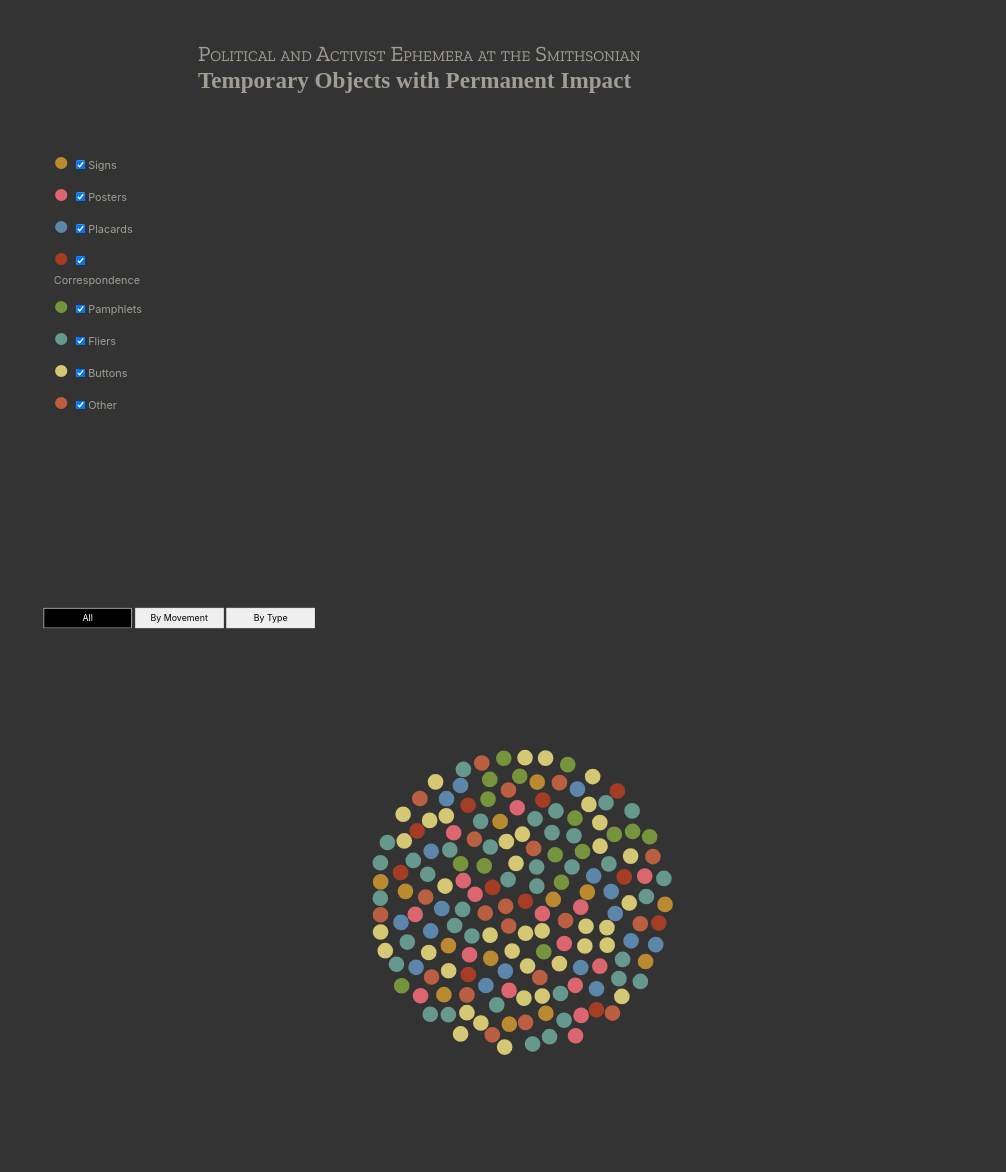
Repository: m0llyc00k/Major-studio-1
Page: Final/index.html
The author's editor kept a record of every edit. The page is drawn from the files as they stood at one moment, then again after the next edit.
The browser window is 1280 px wide. The page is 1479 px wide, so the pictures cover 1479 px, including what lies to the right of the window. The pictures show the whole page, at 68% of full size.
The page's requests for data from a server got no answer. Some web fonts or font styles are not loaded; a fallback is used.

Above is the page before.

After the next edit:
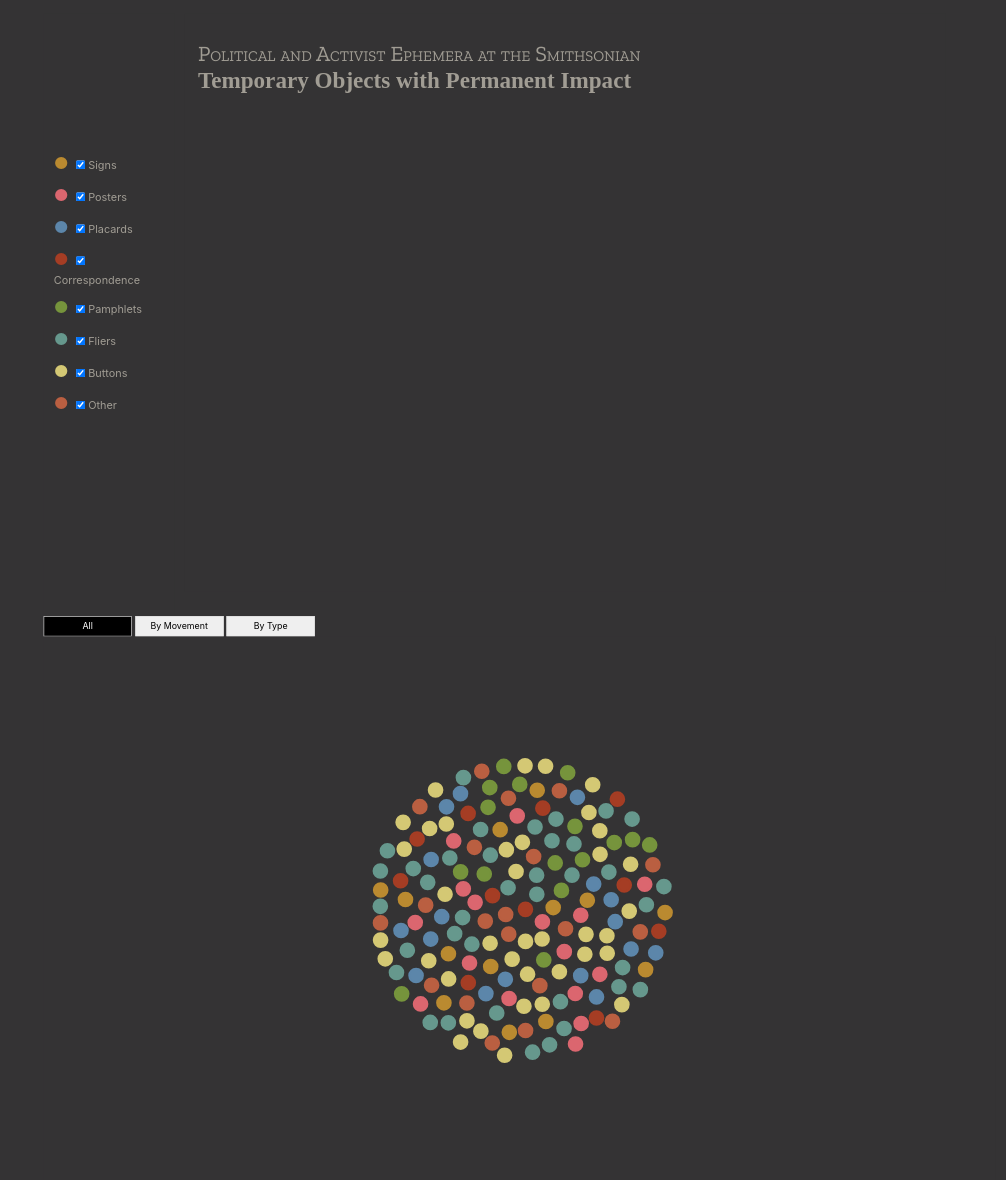
The edit:
--- a/Final/index.html
+++ b/Final/index.html
@@ -94,18 +94,9 @@
             border-radius: 2px;
             pointer-events: none;
             cursor: pointer;
-              display: inline-flex;
-              flex-direction: column;
-              justify-content: center;
-        }
-/*        .tooltip {*/
-/*  display: inline-flex;*/
-/*  flex-direction: column;*/
-/*  justify-content: center;*/
-/*  color: blue;*/
-/*  border-bottom: 1px dotted;*/
-/*  position: relative;*/
-/*}*/
+
+        }
+
 
         .axis path,
         .axis line {
